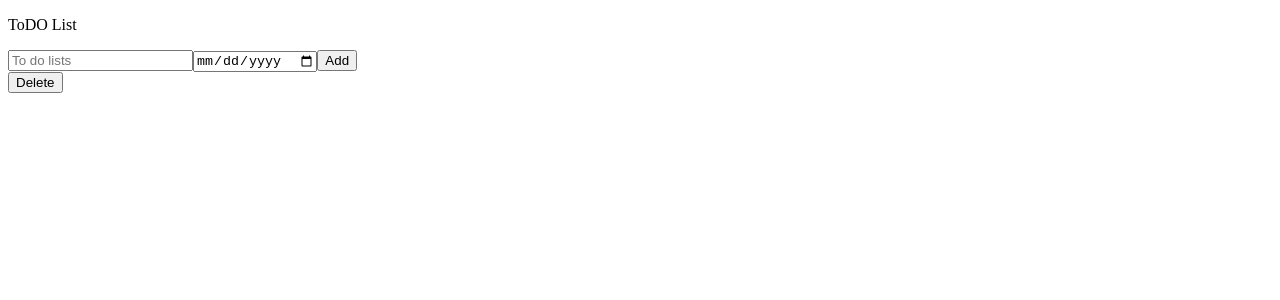
Repository: pgyunknown/ToDo-List
Page: index.html
An editor plug-in stored every save of this project. The page is shown before and after a run of saves, followed by the edit.
The browser window is 1280 px wide. The pictures show the whole page.

Above is the page before, as saved 2024-08-29 19:41:53.

After the next 4 saves:
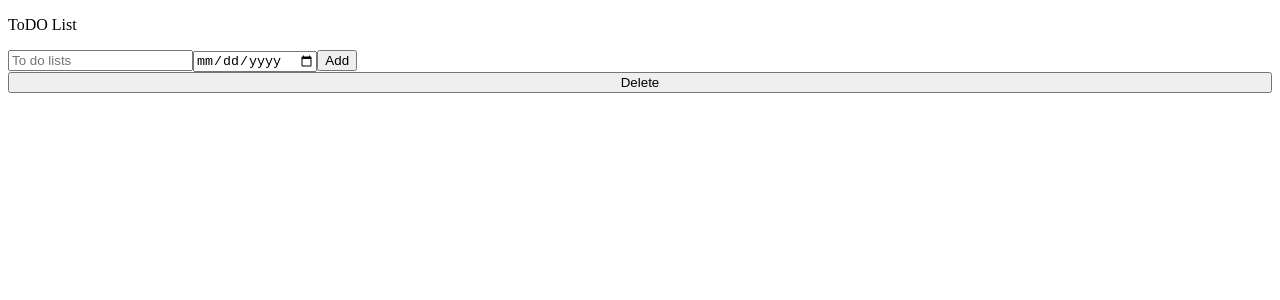
The 4 saves are shown as one change because they came seconds apart.
The last was saved 13 s later.
--- a/index.css
+++ b/index.css
@@ -1,3 +1,4 @@
 .todo-grid{
-
+  display: grid;
+  grid-template-columns: ;
 }
